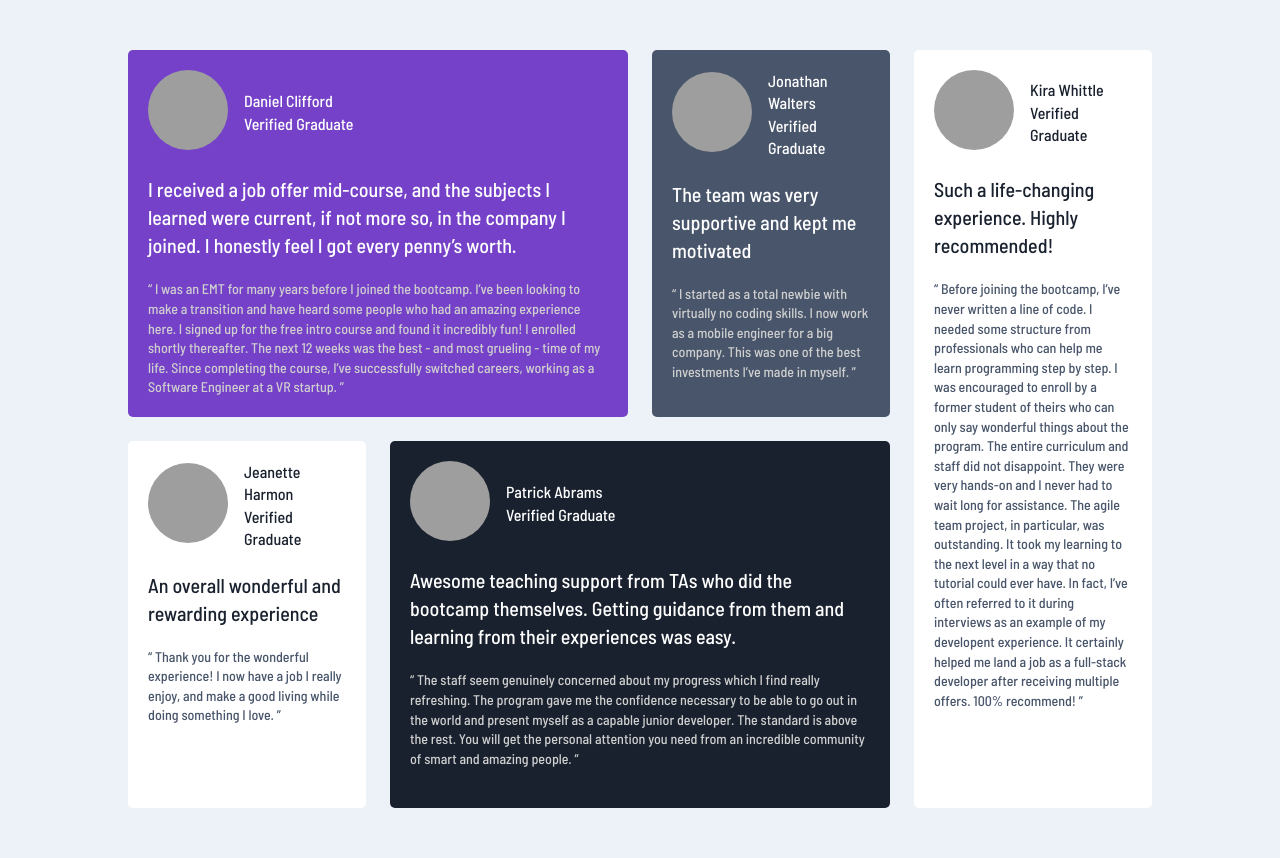
Repository: nptg3105/lab02-testimonials-grid
Page: index.html
An editor plug-in stored every save of this project. The page is shown before and after the next save, followed by the edit.
The browser window is 1280 px wide. The pictures show the whole page.
Pictures or frames that could not be fetched are drawn as grey boxes. The style sheet was rebuilt from its Sass, Less or Tailwind sources for each picture, by a compiler version that may differ from the author's.

Above is the page before, as saved 2021-12-08 06:02:22.

### index.html
<!DOCTYPE html>
<html lang="en">
  <head>
    <meta charset="UTF-8" />
    <meta http-equiv="X-UA-Compatible" content="IE=edge" />
    <meta name="viewport" content="width=device-width, initial-scale=1.0" />
    <title>Lab02 - Testimonials</title>
    <link rel="stylesheet" href="style.css" />
    <link
      href="https://fonts.googleapis.com/css2?family=Barlow+Semi+Condensed:wght@400;500;700&display=swap"
      rel="stylesheet"
    />
  </head>
  <body>
    <div class="container">
      <div class="testimonials">
        <div class="testimonials__item testimonials__item--violet">
          <div class="author">
            <div class="author__avatar">
              <img
                src="https://images.unsplash.com/photo-1570295999919-56ceb5ecca61?ixlib=rb-1.2.1&ixid=MnwxMjA3fDB8MHxzZWFyY2h8OHx8bWFufGVufDB8fDB8fA%3D%3D&auto=format&fit=crop&w=500&q=60"
                alt=""
              />
            </div>
            <div class="author__name">
              Daniel Clifford <br />
              Verified Graduate
            </div>
          </div>
          <div class="testimonials__heading">
            I received a job offer mid-course, and the subjects I learned were
            current, if not more so, in the company I joined. I honestly feel I
            got every penny’s worth.
          </div>
          <div class="testimonials__desc">
            “ I was an EMT for many years before I joined the bootcamp. I’ve
            been looking to make a transition and have heard some people who had
            an amazing experience here. I signed up for the free intro course
            and found it incredibly fun! I enrolled shortly thereafter. The next
            12 weeks was the best - and most grueling - time of my life. Since
            completing the course, I’ve successfully switched careers, working
            as a Software Engineer at a VR startup. ”
          </div>
        </div>
        <div class="testimonials__item testimonials__item--grey">
          <div class="author">
            <div class="author__avatar">
              <img
                src="https://images.unsplash.com/photo-1570295999919-56ceb5ecca61?ixlib=rb-1.2.1&ixid=MnwxMjA3fDB8MHxzZWFyY2h8OHx8bWFufGVufDB8fDB8fA%3D%3D&auto=format&fit=crop&w=500&q=60"
                alt=""
              />
            </div>
            <div class="author__name">
              Jonathan Walters <br />
              Verified Graduate
            </div>
          </div>
          <div class="testimonials__heading">
            The team was very supportive and kept me motivated
          </div>
          <div class="testimonials__desc">
            “ I started as a total newbie with virtually no coding skills. I now
            work as a mobile engineer for a big company. This was one of the
            best investments I’ve made in myself. ”
          </div>
        </div>
        <div class="testimonials__item testimonials__item--tall">
          <div class="author">
            <div class="author__avatar">
              <img
                src="https://images.unsplash.com/photo-1570295999919-56ceb5ecca61?ixlib=rb-1.2.1&ixid=MnwxMjA3fDB8MHxzZWFyY2h8OHx8bWFufGVufDB8fDB8fA%3D%3D&auto=format&fit=crop&w=500&q=60"
                alt=""
              />
            </div>
            <div class="author__name author__name--black">
              Kira Whittle <br />
              Verified Graduate
            </div>
          </div>
          <div class="testimonials__heading testimonials__heading--black">
            Such a life-changing experience. Highly recommended!
          </div>
          <div class="testimonials__desc testimonials__desc--grey">
            “ Before joining the bootcamp, I’ve never written a line of code. I
            needed some structure from professionals who can help me learn
            programming step by step. I was encouraged to enroll by a former
            student of theirs who can only say wonderful things about the
            program. The entire curriculum and staff did not disappoint. They
            were very hands-on and I never had to wait long for assistance. The
            agile team project, in particular, was outstanding. It took my
            learning to the next level in a way that no tutorial could ever
            have. In fact, I’ve often referred to it during interviews as an
            example of my developent experience. It certainly helped me land a
            job as a full-stack developer after receiving multiple offers. 100%
            recommend! ”
          </div>
        </div>
        <div class="testimonials__item testimonials__item--white">
          <div class="author">
            <div class="author__avatar">
              <img
                src="https://images.unsplash.com/photo-1570295999919-56ceb5ecca61?ixlib=rb-1.2.1&ixid=MnwxMjA3fDB8MHxzZWFyY2h8OHx8bWFufGVufDB8fDB8fA%3D%3D&auto=format&fit=crop&w=500&q=60"
                alt=""
              />
            </div>
            <div class="author__name author__name--black">
              Jeanette Harmon <br />
              Verified Graduate
            </div>
          </div>
          <div class="testimonials__heading testimonials__heading--black">
            An overall wonderful and rewarding experience
          </div>
          <div class="testimonials__desc testimonials__desc--grey">
            “ Thank you for the wonderful experience! I now have a job I really
            enjoy, and make a good living while doing something I love. ”
          </div>
        </div>
        <div class="testimonials__item testimonials__item--black">
          <div class="author">
            <div class="author__avatar">
              <img
                src="https://images.unsplash.com/photo-1570295999919-56ceb5ecca61?ixlib=rb-1.2.1&ixid=MnwxMjA3fDB8MHxzZWFyY2h8OHx8bWFufGVufDB8fDB8fA%3D%3D&auto=format&fit=crop&w=500&q=60"
                alt=""
              />
            </div>
            <div class="author__name">
              Patrick Abrams <br />
              Verified Graduate
            </div>
          </div>
          <div class="testimonials__heading">
            Awesome teaching support from TAs who did the bootcamp themselves.
            Getting guidance from them and learning from their experiences was
            easy.
          </div>
          <div class="testimonials__desc">
            “ The staff seem genuinely concerned about my progress which I find
            really refreshing. The program gave me the confidence necessary to
            be able to go out in the world and present myself as a capable
            junior developer. The standard is above the rest. You will get the
            personal attention you need from an incredible community of smart
            and amazing people. ”
          </div>
        </div>
      </div>
    </div>
  </body>
</html>

### style.scss
$font-main:'Barlow Semi Condensed',
sans-serif;
$violet-color:#7541c8;
$grey-color: #48556a;
$light-grey-color: #cfcfcf;
$white-color: #fff;
$bg-color: #ecf2f8;
$black-color: #19212e;

* {
    box-sizing: border-box;
    margin: 0;
    padding: 0;
}

body {
    background-color: $bg-color;
    font-weight: 500;
    // letter-spacing: 2px;
    line-height: 1.4;

}

.container {
    max-width: 1024px;
    margin: 50px auto;

}

.testimonials {
    font-family: $font-main;
    display: grid;
    gap: 24px;
    grid-template-columns: repeat(4, 1fr);
    grid-template-rows: repeat(2, 1fr);
    grid-template-areas: "violet-area violet-area grey-area white-tall-area"
        "white-area black-area black-area white-tall-area";
    color: $white-color;

    &__item {
        border-radius: 5px;
        padding: 20px;

        &--violet {
            background-color: $violet-color;
            grid-area: violet-area;
        }

        &--grey {
            background-color: $grey-color;
            grid-area: grey-area;
        }

        &--tall {
            background-color: $white-color;
            grid-area: white-tall-area;

        }

        &--white {
            background-color: $white-color;
            grid-area: white-area;
        }

        &--black {
            background-color: $black-color;
            grid-area: black-area;
        }
    }

    &__heading {
        margin: 20px 0;
        font-size: 20px;
    }

    &__heading--black {
        color: $black-color;
    }

    &__desc {
        font-size: 14px;
        color: $light-grey-color;
    }

    &__desc--grey {
        color: $grey-color;
    }
}

.author {
    display: flex;
    align-items: center;

    &__name--black {
        color: $black-color;
    }

    &__avatar {
        margin-right: 16px;

        img {
            object-fit: cover;
            width: 80px;
            height: 80px;
            border-radius: 50%;

        }
    }

}

After the next save:
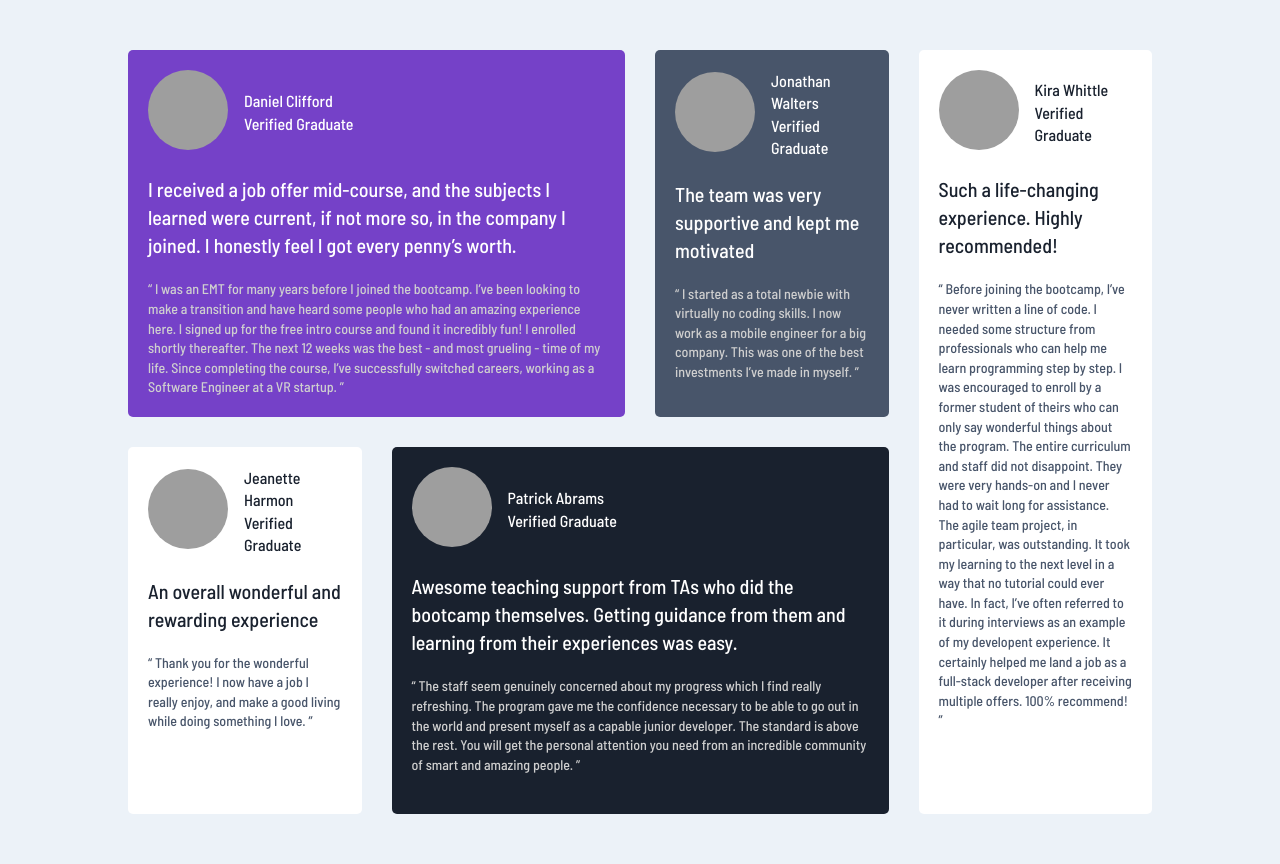
Saved 4 s later.
--- a/style.scss
+++ b/style.scss
@@ -30,7 +30,7 @@ body {
 .testimonials {
     font-family: $font-main;
     display: grid;
-    gap: 24px;
+    gap: 30px;
     grid-template-columns: repeat(4, 1fr);
     grid-template-rows: repeat(2, 1fr);
     grid-template-areas: "violet-area violet-area grey-area white-tall-area"
